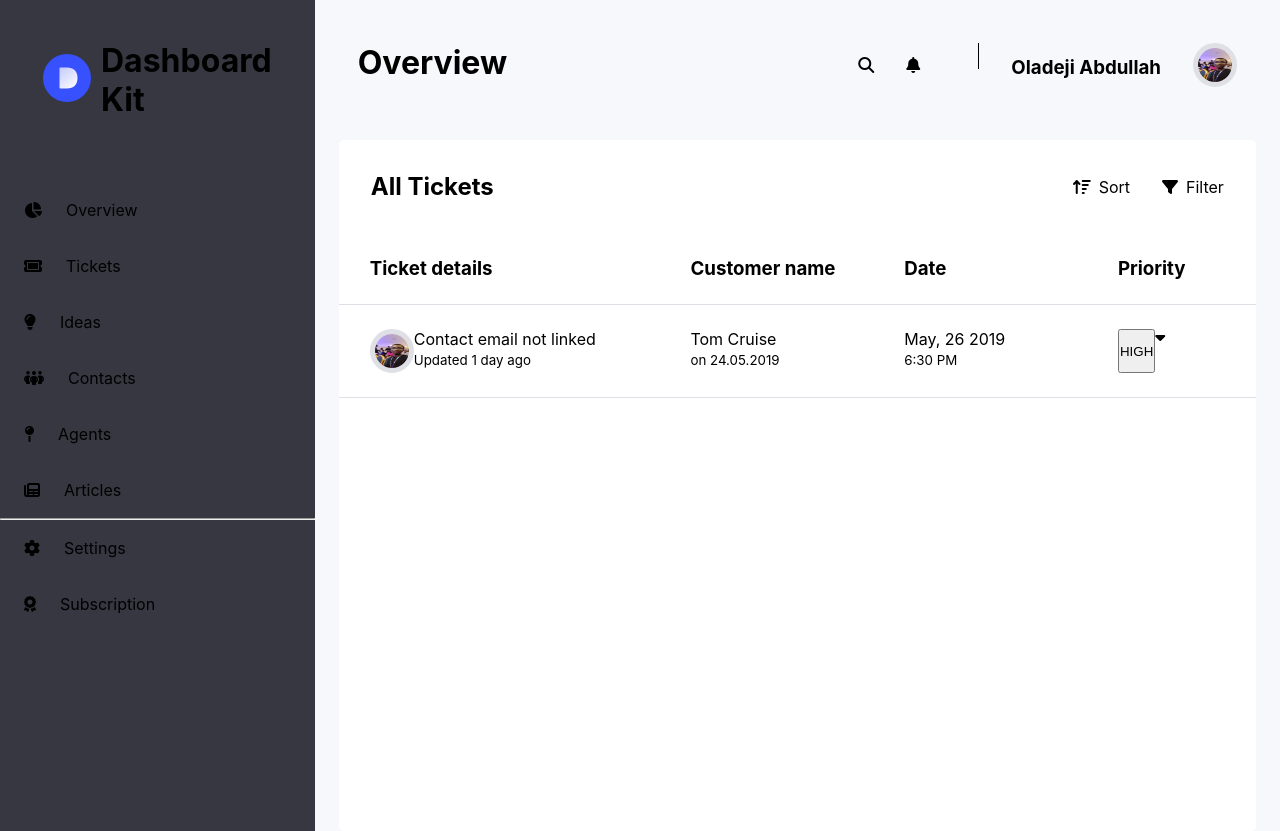
Repository: BuduCE/dashboard
Page: /
These files come from the project's save history. The page is drawn as it stood at one moment and after a run of saves; the edit follows.
The browser window is 1280 px wide. The pictures show the whole page.
Some web libraries are served in a nearby version. The project was rebuilt for these pictures with package versions that can differ from the ones it lists, and the page was loaded fresh each time. Also part of the build but not shown: src/pages/Overview/index.jsx.

Above is the page before, as saved 2022-08-05 00:05:12.

After the next 3 saves:
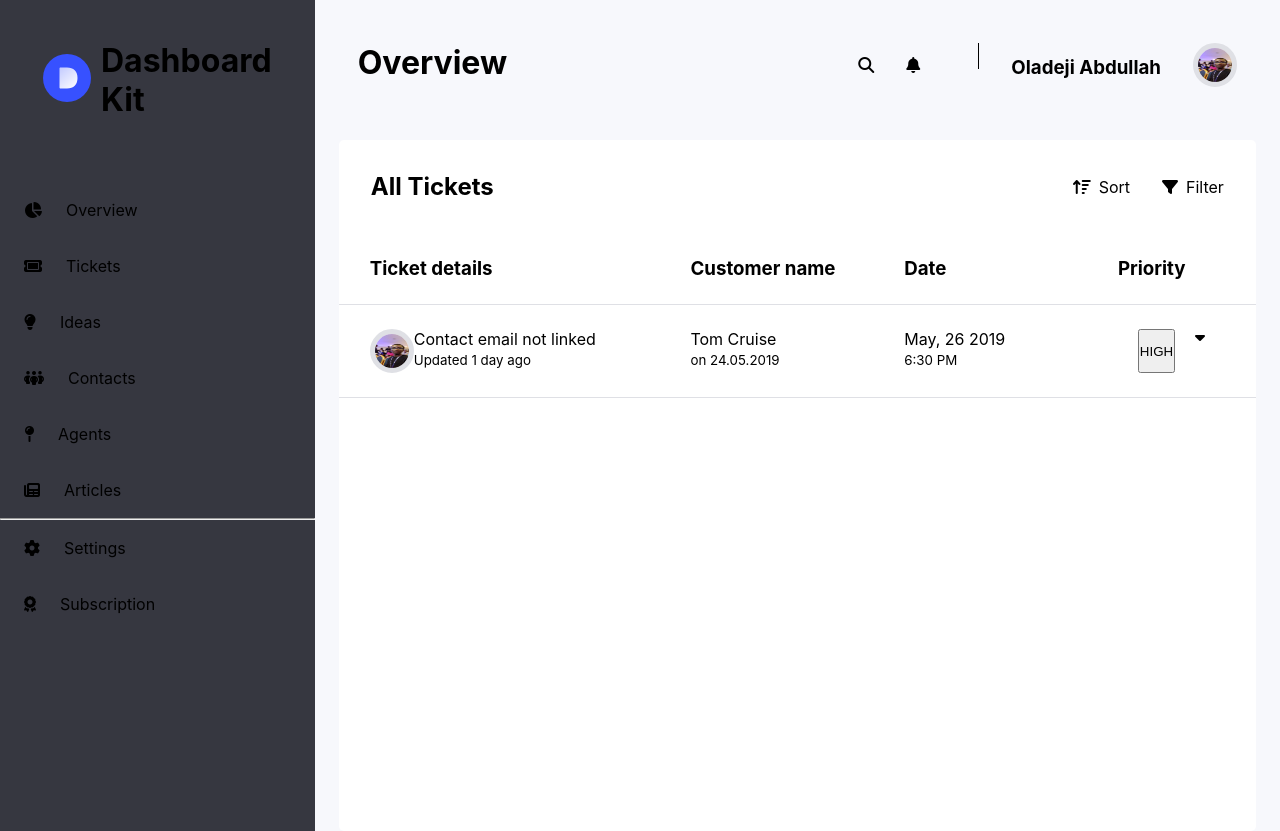
The 3 saves are shown as one change because they came seconds apart.
The last was saved 10 s later.
--- a/src/pages/Tickets/styles.css
+++ b/src/pages/Tickets/styles.css
@@ -50,5 +50,5 @@
 .info_status{
     display: flex;
     /* grid-template-columns: 1fr 1fr; */
-
+    justify-content: space-evenly;
 }

After the 2 saves that followed:
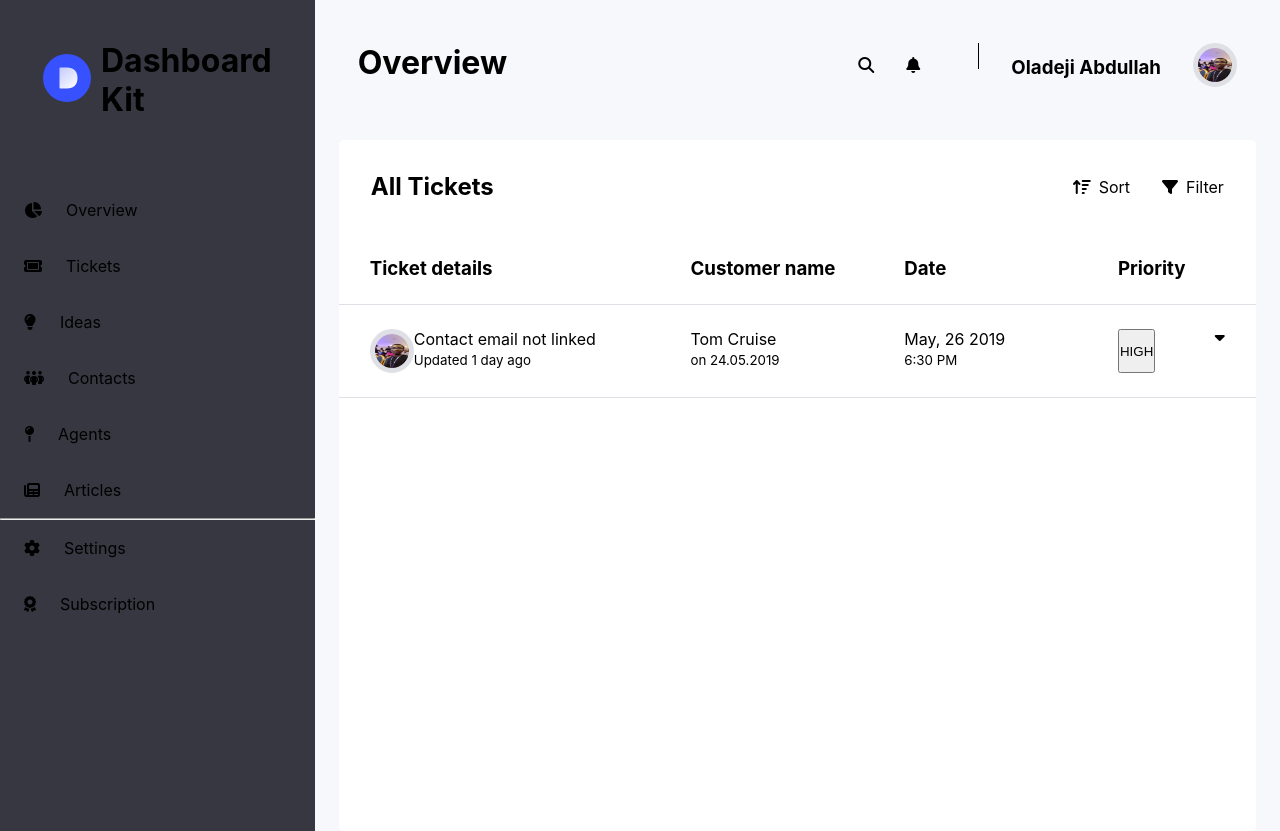
The 2 saves are shown as one change because they came seconds apart.
The last was saved 14 s later.
--- a/src/pages/Tickets/styles.css
+++ b/src/pages/Tickets/styles.css
@@ -50,5 +50,5 @@
 .info_status{
     display: flex;
     /* grid-template-columns: 1fr 1fr; */
-    justify-content: space-evenly;
+    justify-content: space-between;
 }
